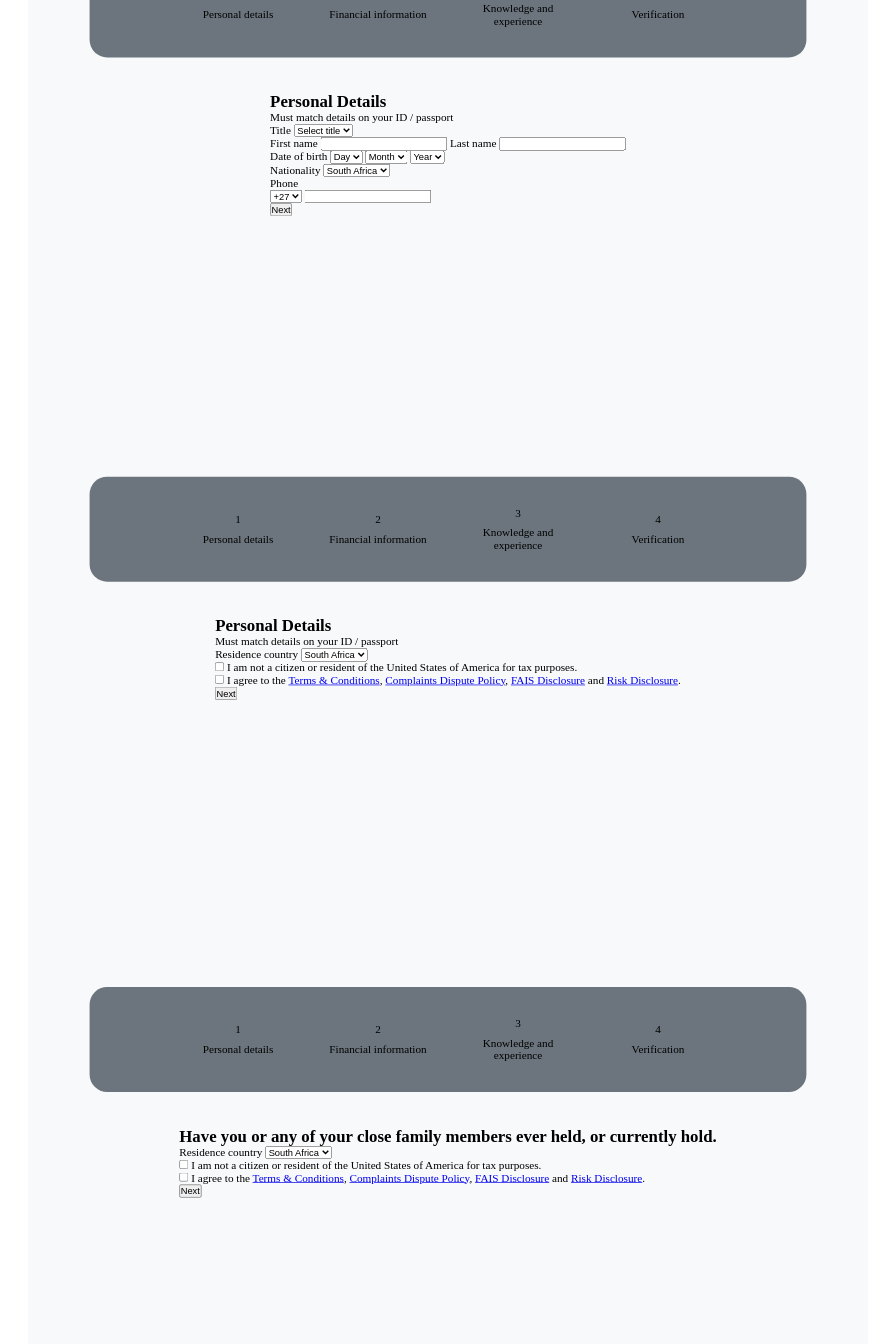
Repository: Jacques-Jaki-Morkel/vaultmarkets_SignupFlow
Page: index.HTML
The author's editor kept a copy of each file at every save. The page is drawn from the files as they stood at one save, then again after the next save.
The browser window is 1280 px wide. The pictures show the part of the page from y = 960 to 2880 px (the page is 2880 px tall), at 70% of full size.

Above is the page before, as saved 2025-07-30 14:53:48.

After the next save:
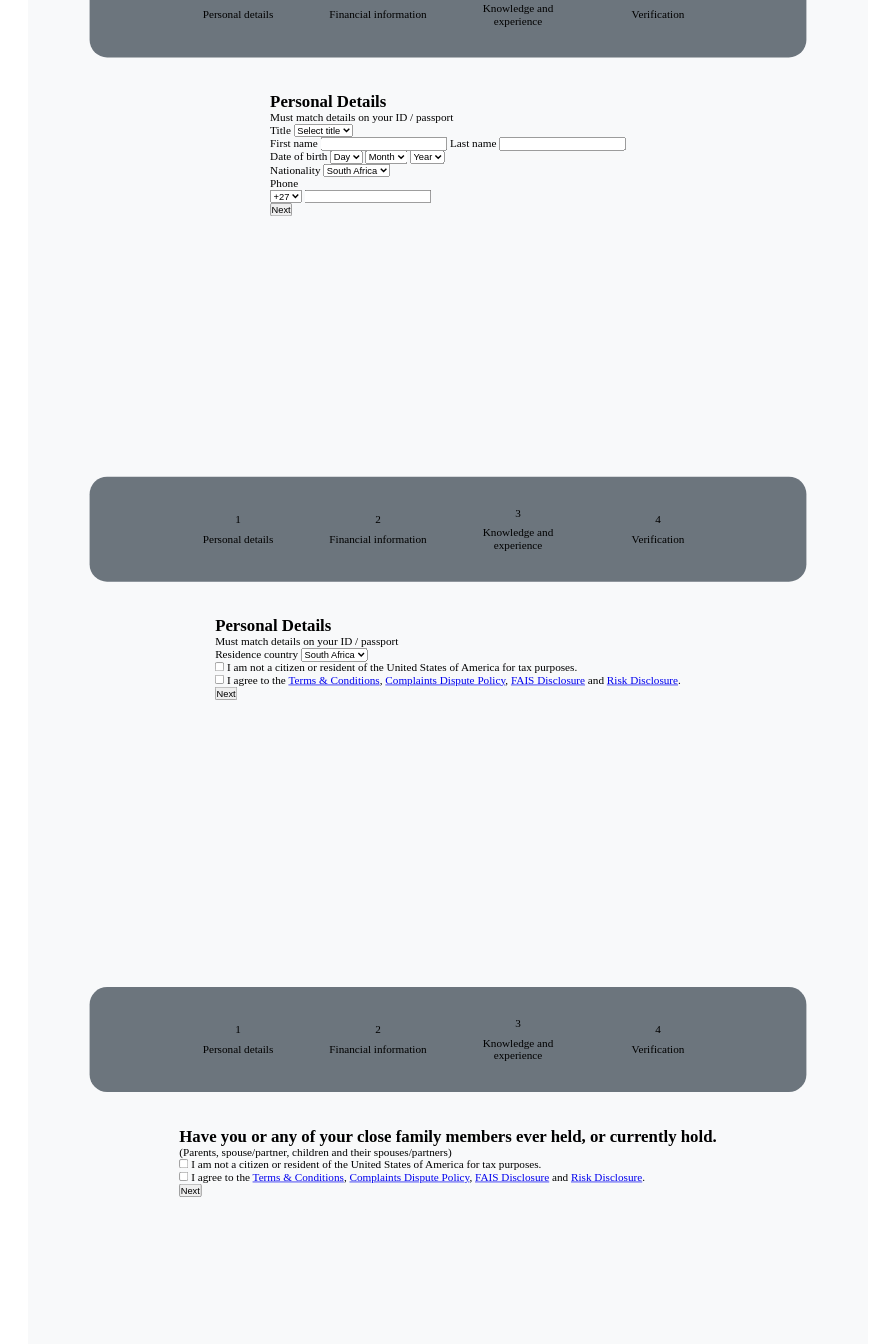
Saved 2 min 11 s later.
--- a/index.HTML
+++ b/index.HTML
@@ -253,11 +253,7 @@
 
                 <!-- Residence Country -->
                 <div>
-                    <label for="residence-country">Residence country</label>
-                    <select id="residence-country" name="residence-country" required>
-                        <option value="za" selected>South Africa</option>
-                        <!-- Add more countries as needed -->
-                    </select>
+                    <p>(Parents, spouse/partner, children and their spouses/partners)</p>
                 </div>
 
                 <!-- FATCA Declaration -->
